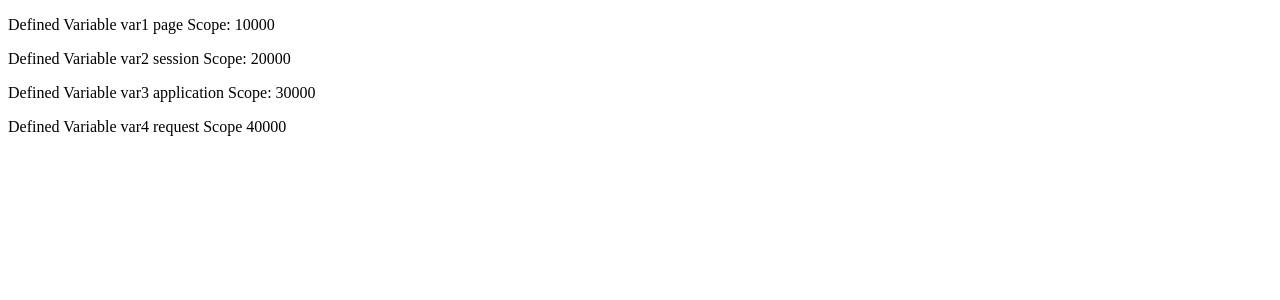
Repository: ZawMinKhantOrLeon/JavaEEWS
Page: http://localhost/jsp_servlet/jstl-core-scope.jsp
The author's editor kept a copy of each file at every save. The page is drawn from the files as they stood at one save, then again after the next save.
The browser window is 1280 px wide. The pictures show the whole page.
The page is served by Tomcat 10. Other server files are loaded and not shown.

Above is the page before, as saved 2024-02-20 08:14:35.

### jsp_servlet/src/main/webapp/jstl-core-scope.jsp
<%@ page language="java" contentType="text/html; charset=ISO-8859-1"
    pageEncoding="ISO-8859-1"%>
<%@ taglib uri="jakarta.tags.core" prefix="c" %>
<!DOCTYPE html>
<html>
<head>
<meta charset="ISO-8859-1">
<title>Jstl Core Scope</title>
</head>
<body>
	<c:set var="var1" value="10000" scope="page"></c:set>
	<c:set var="var2" value="20000" scope="session"></c:set>
	<c:set var="var3" value="30000" scope="application"></c:set>
	<c:set var="var4" value="40000" scope="request"></c:set>

	<p>Defined Variable var1 page Scope: ${var1 }</p>
	<p>Defined Variable var2 session Scope: ${var2 }</p>
	<p>Defined Variable var3 application Scope: ${var3}</p>
	<p>Defined Variable var4 request Scope ${var4 }</p>
</body>
</html>

### jsp_servlet/src/main/webapp/scope-test1.jsp
<%@ page language="java" contentType="text/html; charset=ISO-8859-1"
    pageEncoding="ISO-8859-1"%>
<!DOCTYPE html>
<html>
<head>
<meta charset="ISO-8859-1">
<title>Scope Test1</title>
</head>
<body>

	<h1>Scope Test1 Access Variable</h1>
	<h2>Defined Variable var1 page Scope: ${var1 }</h2>
	<h2>Defined Variable var2 session Scope: ${var2 }</h2>
	<h2>Defined Variable var3 application Scope: ${var3}</h2>
	<h2>Defined Variable var4 request Scope ${var4 }</h2>
</body>
</html>

After the next save:
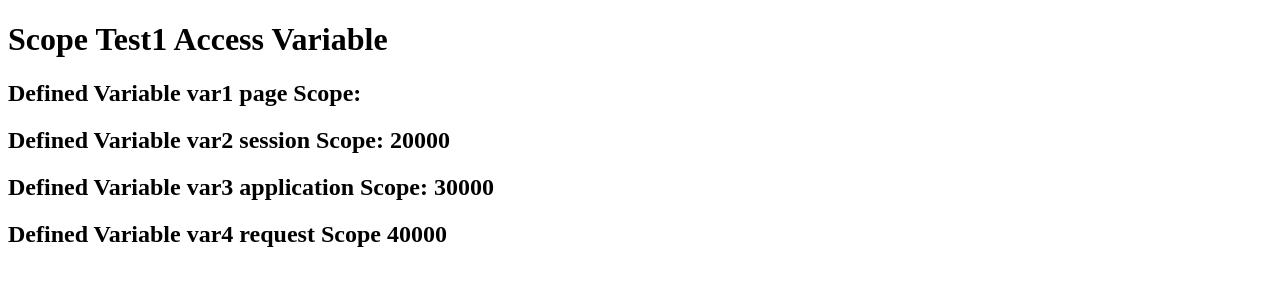
Saved 29 s later.
--- a/jsp_servlet/src/main/webapp/jstl-core-scope.jsp
+++ b/jsp_servlet/src/main/webapp/jstl-core-scope.jsp
@@ -17,5 +17,7 @@
 	<p>Defined Variable var2 session Scope: ${var2 }</p>
 	<p>Defined Variable var3 application Scope: ${var3}</p>
 	<p>Defined Variable var4 request Scope ${var4 }</p>
+
+	<jsp:forward page="scope-test1.jsp"></jsp:forward>
 </body>
 </html>
